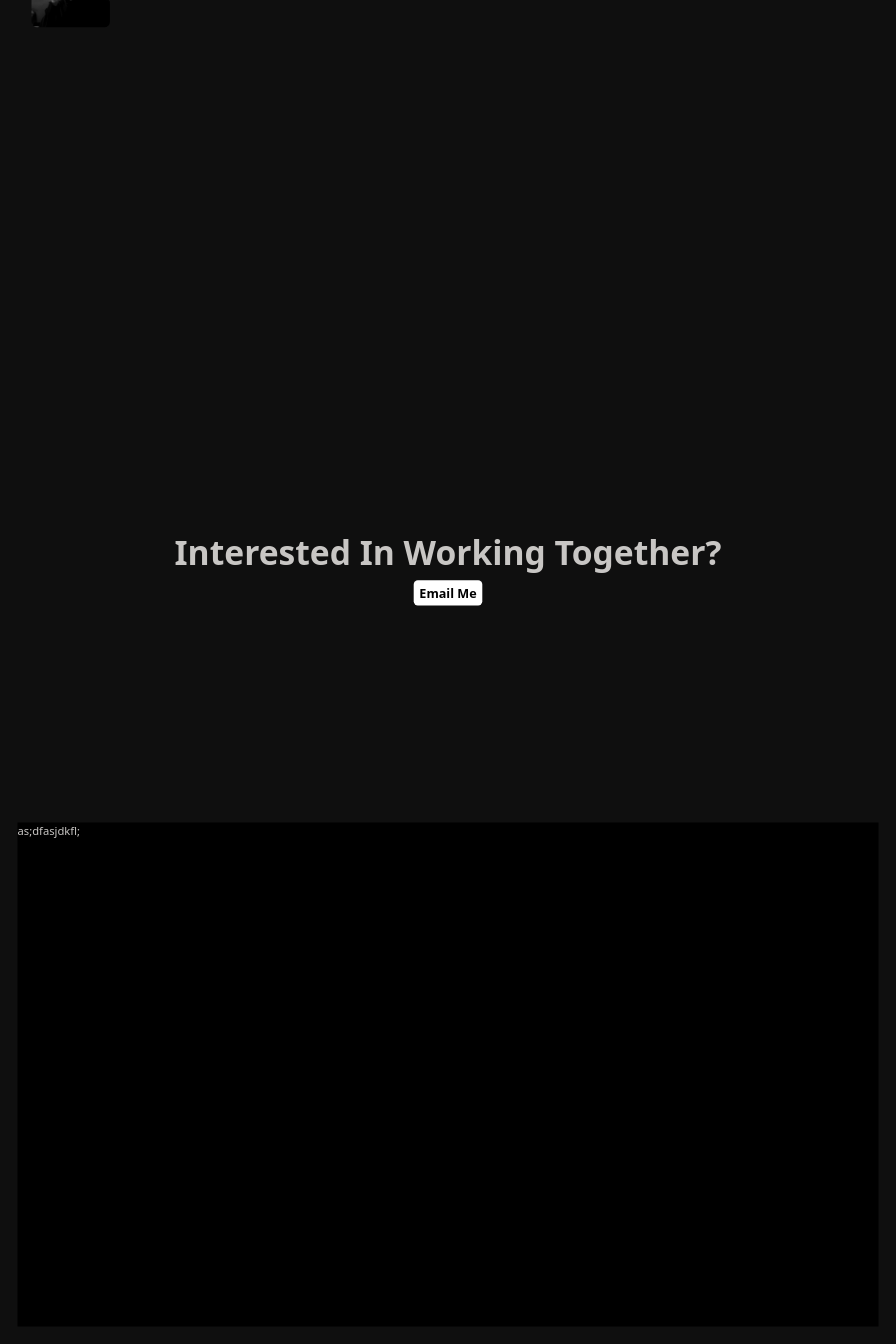
Repository: hitoutvrma/portfolio
Page: /
These files come from the project's save history. The page is drawn as it stood at one moment and after the next save; the edit follows.
The browser window is 1280 px wide. The pictures show the part of the page from y = 1010 to 2930 px (the page is 2930 px tall), at 70% of full size.
The project was rebuilt for these pictures with package versions that can differ from the ones it lists, and the page was loaded fresh each time. Also part of the build but not shown: vite.config.js.

Above is the page before, as saved 2025-03-08 21:03:08.

### src/index.css
@import "tailwindcss";
body{
    background-color: #0f0f0f;
    color: #c8c6c4;
    padding: 25px;
}

### src/App.jsx
import WorkTogether from './Components/WorkTogether'
import Front from './Components/Front'
import Work from './Components/Work'
import CursorImagePop from './Components/CursorImagePop'

function App() {

  return (
    <div className=''>

      <Front/>
      <Work/>
      <WorkTogether/>
      <CursorImagePop/>
    </div>
  )
}

export default App

### src/Components/WorkTogether.jsx


function WorkTogether() {
  return (
    <div className='h-screen sm:p-5 flex flex-col justify-center items-center'>
        <div className="flex items-center justify-center flex flex-col gap-4" >
      <p className="sm:text-5xl text-3xl text-center font-bold">
        Interested In Working Together?
        </p>
      <button className="px-2 py-1 text-lg font-bold  bg-white text-black hover:bg-pink-200 cursor-pointer transition-colors duration-300 rounded-md ">Email Me</button>
        </div>

    </div>
  )
}

export default WorkTogether

### src/Components/Front.jsx
import React from 'react'
import {animate, delay, hover, motion} from 'framer-motion'
import AnimatedParagraph from './AnimatedParagraph'
import AnimatedParagraphs from './AnimatedParagraph'
function Front() {
  const name = ["hitesh Verma"]
  const para1 = ["is an award-winning multidisciplinary digital web developer based in India"]
  const para2 = ["creative Director and founder at"]
  const para3 = ["bitCheat"]
  return (
    <div className='sm:h-screen md:h-screen'>
    <div className="sm:flex">
      <div className='hero sm:p-5 sm:text-[3vw] text-[8vw]  sm:w-[53vw]'>
      <logo className='text-4xl sm:text-5xl font-semibold font-[serif]'>hitoutvrma</logo>
        <p className='mt-28 leading-none text-[#8c8c8c]'>
          <span className='text-white font-semibold'><AnimatedParagraphs texts={name} delay={0}/></span>
           <AnimatedParagraph texts={para1 } delay={0.3}/></p>

        <div className='text-xl pt-4'>
          <p className='text-[#8c8c8c]'><AnimatedParagraph texts={para2} delay={0.6}/></p>
          <p className='font-semibold'><AnimatedParagraph texts={para3} delay={0.9}/></p>
          {/* <AnimatedParagraph/> */}
        </div>
        <motion.div initial={{opacity:0, scaleY:0.5}} animate={{opacity:1, scaleY:1}} transition={{duration:2, delay:1.4}} className=' flex sm:text-[2vh] sm:pb-0 pb-12 text-[1.8vh]  sm:pt-25 pt-28 flex-col sm:gap-3 gap-1'>
          <p className='text-[#8c8c8c] pb-4 text-[1.6vh]  sm:text-[2vh]'>CONNECT</p>
          <motion.div
        className="relative w-[90%]  font-bold text-white text-md cursor-pointer"
        initial="initial"
        whileHover="hover"
      >
        <p className='pb-2'>Twitter/X</p>

        {/* Static Gray Line */}
        <div className="absolute left-0 bottom-0 w-full    h-[0.1vh] bg-[#4c4c4c]"></div>

        {/* Animated Green Line */}
        <motion.div
          className="absolute left-0 bottom-0 h-[2px] bg-green-400"
          variants={{
            initial: { width: "0%" },
            hover: { width: "100%" },
            exit: {width: "0%"}
          }}
          transition={{hover: { duration: 2, ease: "easeInOut" },
          exit: { duration: 0.01 } }}
        />
      </motion.div>

      <motion.div
        className="relative w-[90%]  font-bold text-white text-md cursor-pointer"
        initial="initial"
        whileHover="hover"
      >
        <p className='pb-2'>Linkedin</p>

        {/* Static Gray Line */}
        <div className="absolute left-0 bottom-0 w-full    h-[0.1vh] bg-[#8c8c8c]"></div>

        {/* Animated Green Line */}
        <motion.div
          className="absolute left-0 bottom-0 h-[2px] bg-green-400"
          variants={{
            initial: { width: "0%" },
            hover: { width: "100%" },
            exit: {width: "0%"}
          }}
          transition={{hover: { duration: 2, ease: "easeInOut" },
          exit: { duration: 0.01 } }}
        />
      </motion.div>

      <motion.div
        className="relative w-[90%]  font-bold text-white text-md cursor-pointer"
        initial="initial"
        whileHover="hover"
      >
        <p className='pb-2'>Email</p>

        {/* Static Gray Line */}
        <div className="absolute left-0 bottom-0 w-full    h-[0.1vh] bg-[#8c8c8c]"></div>

        {/* Animated Green Line */}
        <motion.div
          className="absolute left-0 bottom-0 h-[2px] bg-green-400"
          variants={{
            initial: { width: "0%" },
            hover: { width: "100%" },
            exit: {width: "0%"}
          }}
          transition={{hover: { duration: 2, ease: "easeInOut" },
          exit: { duration: 0.01 } }}
        />
      </motion.div>

      <motion.div
        className="relative w-[90%]  font-bold text-white text-md cursor-pointer"
        initial="initial"
        whileHover="hover"
      >
        <p className='pb-2'>Instagram</p>

        {/* Static Gray Line */}
        <div className="absolute left-0 bottom-0 w-full    h-[0.1vh] bg-[#8c8c8c]"></div>

        {/* Animated Green Line */}
        <motion.div
          className="absolute left-0 bottom-0 h-[2px] bg-[#4285F4]"
          variants={{
            initial: { width: "0%" },
            hover: { width: "100%" },
            exit: {width: "0%"}
          }}
          transition={{hover: { duration: 2, ease: "easeInOut" },
          exit: { duration: 0.01 } }}
        />
      </motion.div>
        </motion.div>
        </div>

        <motion.div  // Faster hover scale effect
  initial={{ opacity: 0, scale: 0.9 }}
  animate={{ opacity: 1, scale: 1 }}
  transition={{ duration: 1.5, delay: 1.5 }} // Reduced duration so hover works smoothly
  style={{ backgroundImage: "url('/user.jpg')" }}
  className='bg-cover sm:bg-[center_top_60%] bg-[center_top_80%] w-[95%] h-[50vh] sm:w-[43vw] sm:h-[92vh] bg-[#3a3a3a] rounded-md'>
</motion.div>


      </div>
        </div>
  )
}

export default Front

### src/Components/Work.jsx
import React from 'react'
import Card from './Card'

function Work() {
  return (
    <div className='h-auto min-h-screen sm:p-5 '>
      <div className='pt-15  pb-15'><p>WORK & PROJECTS</p></div>
      <div className='grid grid-cols-1 sm:grid-cols-2 md:grid-cols-3 lg:grid-cols-4 gap-y-10 gap-x-8'>
        <Card bgImage={'/user.jpg'}
         name={"honeytype"}
         width={"sm:w-28"}
         height={"sm:h-35"}
         />

      </div>
    </div>
  )
}

export default Work

### src/Components/CursorImagePop.jsx
import { useState, useEffect } from "react";

const CursorImagePop = () => {
    const images = ["/1.jpg", "/r.jpg", "/3.jpg", "/4.jpg", "/5.jpg","/6.jpg"]; // Image list
    const [imageIndex, setImageIndex] = useState(0);
    const [positions, setPositions] = useState([]);
    const minDistance = 120; // Minimum distance to trigger next image

    useEffect(() => {
        const handleMouseMove = (e) => {
            if (positions.length > 0) {
                const lastPos = positions[positions.length - 1];
                const distance = Math.sqrt((e.clientX - lastPos.x) ** 2 + (e.clientY - lastPos.y) ** 2);
                if (distance < minDistance) return;
            }

            const newImage = {
                id: Date.now(),
                src: images[imageIndex],
                x: e.clientX,
                y: e.clientY
            };

            setPositions((prev) => [...prev, newImage]);

            setImageIndex((prev) => (prev + 1) % images.length);

            setTimeout(() => {
                setPositions((prev) => prev.filter((img) => img.id !== newImage.id));
            }, 3000); // Remove after 10 sec
        };

        window.addEventListener("mousemove", handleMouseMove);
        return () => window.removeEventListener("mousemove", handleMouseMove);
    }, [imageIndex, positions]);

    return (
        <div className="relative" style={{ height: "100vh", backgroundColor: "black", overflow: "hidden" }}>
            <h1>as;dfasjdkfl;</h1>
            {positions.map((img) => (
                <img
                    key={img.id}
                    src={img.src}
                    alt=""
                    className="pop-image"
                    style={{
                        position: "absolute",
                        width: "260px",
                        height: "auto",
                        pointerEvents: "none",
                        transform: "translate(-50%, -50%)",
                        left: img.x,
                        top: img.y,
                        opacity: 1,
                        transition: "opacity 4s ease-out"
                    }}
                />
            ))}
        </div>
    );
};

export default CursorImagePop;

### src/Components/AnimatedParagraph.jsx
import { motion } from "framer-motion";

export default function AnimatedParagraphs({ texts, delay = 0.5 }) {
  return (
    // <div className="flex justify-center items-center h-screen bg-black text-white p-10 flex-col">
      <motion.div
        initial="hidden"
        animate="visible"
        variants={{
          hidden: {},
          visible: {
            transition: { staggerChildren: delay },
          },
        }}
      >
        {texts.map((text, i) => (
          <motion.p
            key={i}

            initial={{ opacity: 0 }} // Initially hidden
            animate={{ opacity: 1 }} // Fully visible
            transition={{ duration: 0.5, delay: delay }} // Delays each paragraph based on index
          >
            {text.split(" ").map((word, index) => (
              <motion.span
                key={index}
                className="mr-1 inline-block"
                initial={{ opacity: 0.05, x: -4 }}
                animate={{ opacity: 1, x: 0 }}
                transition={{ duration: 5, ease: "linear", delay: delay }} // Delay applied properly
              >
                {word}
              </motion.span>
            ))}
          </motion.p>
        ))}
      </motion.div>
    // </div>
  );
}

### src/Components/Card.jsx
import { motion, useInView } from "framer-motion";
import { useRef } from "react";

function Card({ width = "sm:w-[18vw]", height = "sm:h-[30vh]", name, bgImage }) {
  const ref = useRef(null);
  const isInView = useInView(ref, { once: true, margin: "-50px" });

  return (
    <div>

    <motion.div
      ref={ref}
      initial={{ y: 40, scale: 0.8, opacity: 0 }}
      animate={isInView ? { y: 0, scale: 1, opacity: 1 } : {}}
      transition={{ duration: 1, ease: "easeOut" }}
      style={{
        // height: `${height}vh`,
        // width: `${width}vw`,
        backgroundImage: `url(${bgImage})`,
        backgroundSize: "cover",
        backgroundPosition: "center"
      }}
      className={`relative card group bg-amber-300 overflow-hidden rounded-lg h-[45vh] w-[85vw] ${width} ${height}  `}
      >
      {/* Name (Hidden initially, appears on hover) */}
      <h1 className="absolute top-2 left-2 text-white text-[1.9vh] sm:opacity-0 sm:-translate-y-4 transition-all sm:duration-300 sm:group-hover:opacity-100 sm:group-hover:translate-y-0">
        {name}
      </h1>

      {/* Footer (Hidden initially, appears on hover) */}
      <footer className="absolute bottom-0 left-0 right-0 flex gap-2 p-3 sm:p-2 sm:opacity-0 sm:translate-y-4 transition-all sm:duration-300 sm:group-hover:opacity-100 sm:group-hover:translate-y-0">
        <button className="px-2 py-1 backdrop-blur-xl bg-white/30 text-white text-[1.5vh]">
          Web
        </button>
        <button className="px-2 py-1 backdrop-blur-xl bg-white/30 text-white text-[1.5vh]">
          React
        </button>
      </footer>
    </motion.div>

    </div>

  );
}

export default Card;

Loaded but not shown: index.html (common file); src/main.jsx (common file)

After the next save:
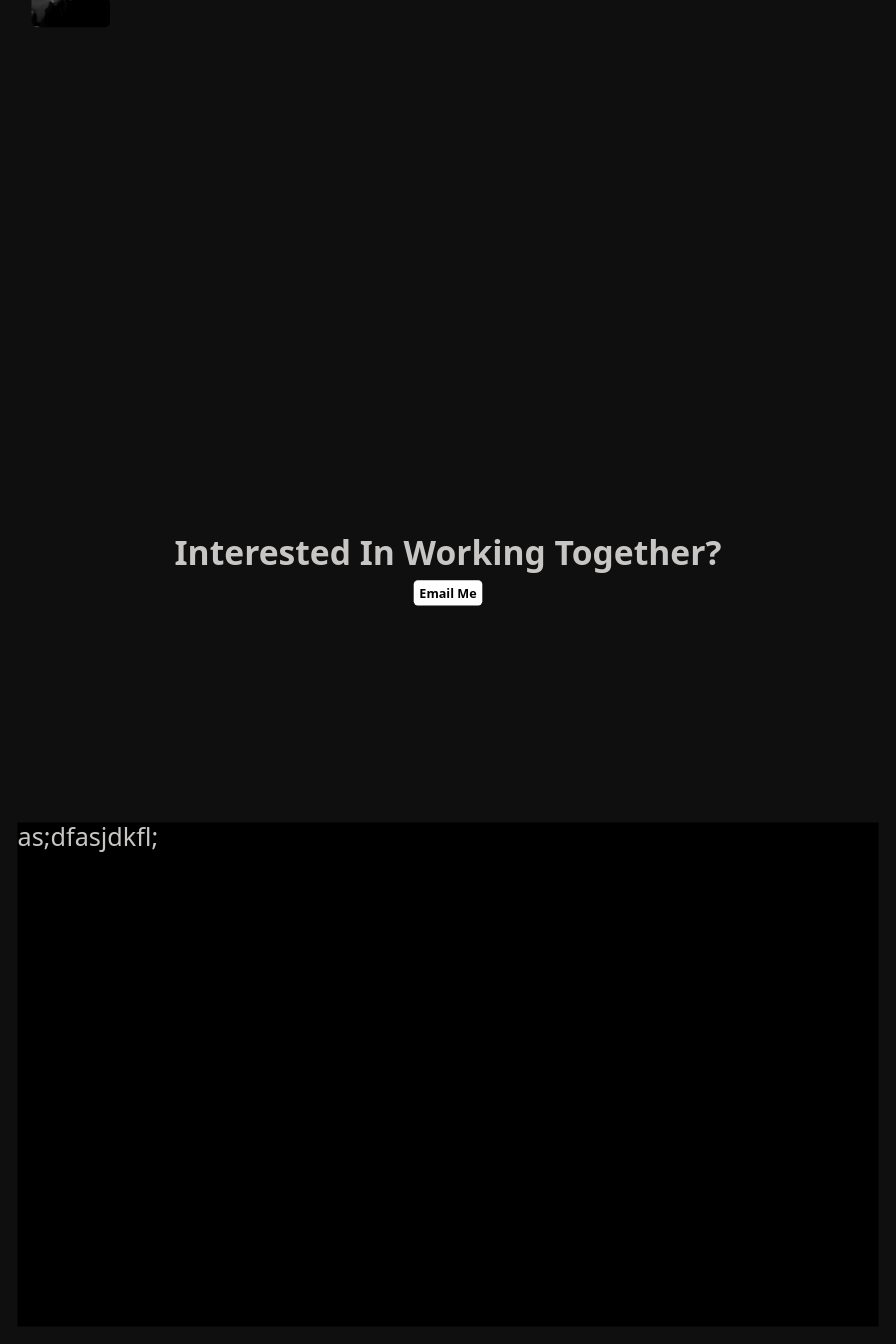
Saved 8 s later.
--- a/src/Components/CursorImagePop.jsx
+++ b/src/Components/CursorImagePop.jsx
@@ -36,7 +36,7 @@ const CursorImagePop = () => {
 
     return (
         <div className="relative" style={{ height: "100vh", backgroundColor: "black", overflow: "hidden" }}>
-            <h1>as;dfasjdkfl;</h1>
+            <h1 className="text-4xl">as;dfasjdkfl;</h1>
             {positions.map((img) => (
                 <img
                     key={img.id}
